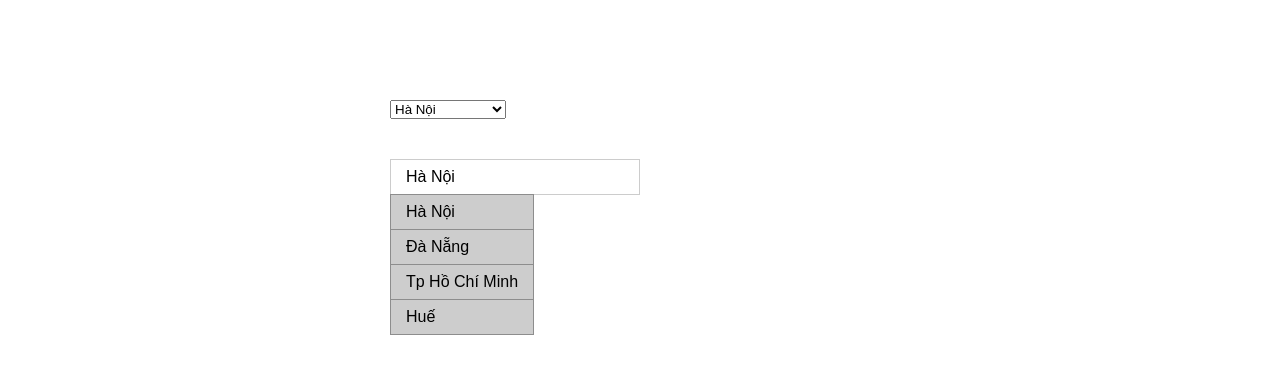
Repository: khanhbinh87/learnJs
Page: customSelect/index.html
An editor plug-in stored every save of this project. The page is shown before and after a run of saves, followed by the edit.
The browser window is 1280 px wide. The pictures show the whole page.

Above is the page before, as saved 2021-06-16 14:22:18.

### customSelect/index.html
<!DOCTYPE html>
<html lang="en">
<head>
    <meta charset="UTF-8">
    <meta name="viewport" content="width=device-width, initial-scale=1.0">
    <title>Document</title>
    <link rel="stylesheet" href="style.css">
</head>
<body>
        <form action="">
            <select name="" id="" class="custom-select">
                <option value="hanoi">Hà Nội</option>
                <option value="danang" >Đà Nẵng</option>
                <option value="tphcm">Tp Hồ Chí Minh</option>
                <option value="hue" >Huế</option>
            </select>
            <!-- <div class="wrapper-selected">
                <div class="selected" my-value="">Text tam thoi</div>
                <ul class="list-options">
                    <li my-value="hanoi">Hà Nội</li>
                    <li my-value="danang">Đà Nẵng</li>
                    <li my-value="tphcm">Tp Hồ Chí Minh</li>
                    <li my-value="hue">Huế</li>
                </ul>
            </div> -->
        </form>
        <script src="main.js"></script>
</body>
</html>

### customSelect/style.css
*{
    margin: 0;
    padding: 0;
    box-sizing: border-box;
}
form{
    margin:50px auto;
    width: 500px;
}
body{
    padding: 50px;
}
.custom-select {
    margin-bottom: 40px;

}


.wrapper-selected{
    width: 250px;
    font-family:sans-serif;
    position: relative;
}
.wrapper-selected > .selected{
    border:1px solid #ccc;
    padding: 8px 15px;
    bgc
}
.wrapper-selected > .list-options{
    list-style: none;
    position: absolute;
}
.wrapper-selected > .list-options > li{
    padding: 8px 15px;
    background-color: #cdcdcd;
    border:1px solid #8d8d8d;
    margin-top: -1px;
    cursor: pointer;
    transition: all 0.5s;
}
.wrapper-selected > .list-options > li:hover{
    background-color: #999;
}

### customSelect/main.js
//tao div
//tao class
//tao div rong
//tao my-value
//tao text

var select = document.querySelector('.custom-select');
if(select){
    var listOptions = Array.from(select.querySelectorAll('option'))

    //tao div bao
    var divWrapper  = document.createElement('div');
        divWrapper.classList.add('wrapper-selected');

    //tao div select
    var divSelected = document.createElement('div');
        divSelected.classList.add('selected');


        if(listOptions.length > 0){
            divSelected.setAttribute('my-value',listOptions[0].getAttribute('value'))
            divSelected.innerText = listOptions[0].innerText

        }

    //tao ul li
    var ulElement = document.createElement('ul');
        ulElement.classList.add('list-options')

    //duyet tung listOptions
    listOptions.forEach(function(optionEl,index){
        var valueOption = optionEl.getAttribute('value');
        var textOption  = optionEl.innerText;

        //check co selected hay ko de tjay doi
        if(optionEl.getAttribute('selected') !== null){
            divSelected.setAttribute('my-value',valueOption)
            divSelected.innerText = textOption;
        }

        var liElement = document.createElement('li');
            liElement.setAttribute('my-value',valueOption);
            liElement.innerText = textOption;

            liElement.addEventListener('click',function(e){

                divSelected.setAttribute('my-value',this.getAttribute('my-value'));
                divSelected.innerText = this.innerText;


                var selectString = `option[value=${this.getAttribute('my-value')}]`


                if(select.querySelector('option[selected]')){
                    select.querySelector('option[selected]').removeAttribute('selected')
                }

                select.querySelector(selectString).setAttribute('selected',true);

                //listOptions[index].setAttribute('selected',true)
                // selectString.setAttribute('selected',true)

            })
            ulElement.append(liElement)

    })

    //appending
    divWrapper.append(divSelected);
    divWrapper.append(ulElement);
    document.body.appendChild(divWrapper);


    //chen div wrapper vao truoc hoac sau
    select.parentNode.insertBefore(divWrapper,select.nextSibling);

}

After the next 3 saves:
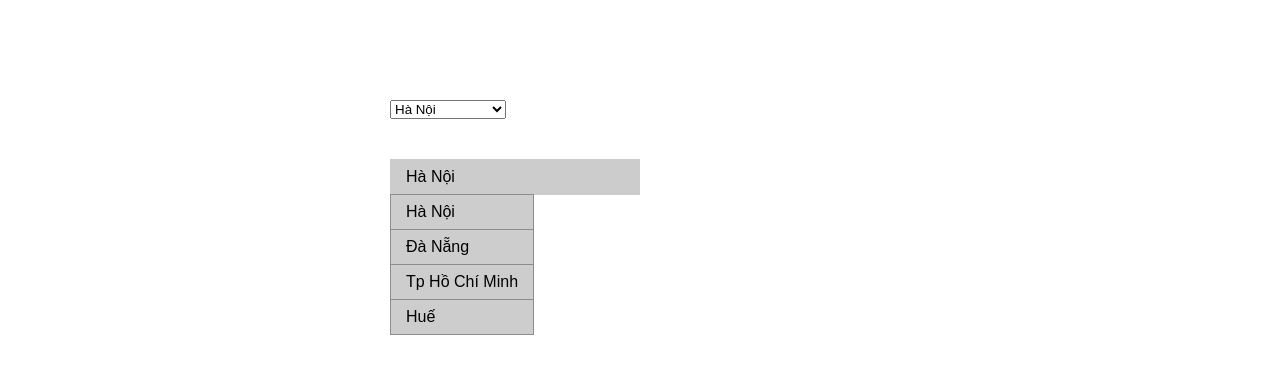
The 3 saves are shown as one change because they came seconds apart.
The last was saved 7 s later.
--- a/customSelect/style.css
+++ b/customSelect/style.css
@@ -24,7 +24,7 @@ body{
 .wrapper-selected > .selected{
     border:1px solid #ccc;
     padding: 8px 15px;
-    bgc
+    background-color: #ccc;
 }
 .wrapper-selected > .list-options{
     list-style: none;
